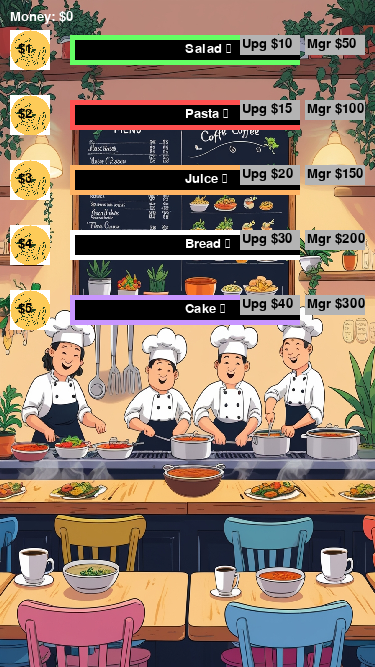
Repository: jontslater/idleclicker
Script's output: python main.py
These files come from the project's save history. The script's output is drawn as it stood at one moment and after the next save; the edit follows.
The window is shown after at most 60 frames with no key pressed. Random numbers start from a fixed seed. It also reads ChefCircle.png, Leonardo_Phoenix_10_A_cozy_cartoonstyle_restaurant_interior_wa_1.jpg.

Above is the script's output before, as saved 2025-04-21 13:06:49.

### main.py
import pygame

pygame.init()

# Screen setup (phone dimensions)
screen = pygame.display.set_mode([375, 667])
pygame.display.set_caption('Idle Restaurant')

# Load and scale background
background_img = pygame.image.load("c:/Users/lisaa/workspace/idleclicker/Leonardo_Phoenix_10_A_cozy_cartoonstyle_restaurant_interior_wa_1.jpg").convert()
background_img = pygame.transform.scale(background_img, (375, 667))
background = background_img

Icon_img = pygame.image.load("C:/Users/lisaa/workspace/idleclicker/ChefCircle.png")

# Colors
red = (255, 80, 80)
green = (100, 255, 100)
orange = (255, 180, 100)
white = (255, 255, 255)
black = (0, 0, 0)
purple = (200, 150, 255)
gray = (180, 180, 180)

# Font and clock
font = pygame.font.Font(None, 20)
framerate = 60
timer = pygame.time.Clock()

# Game values
score = 0

# Station data
stations = [
    {"name": "Salad 🥗", "color": green, "value": 1, "speed": 5, "length": 0, "draw": False, "auto": False, "upgrade_cost": 10, "manager_cost": 50, "manager_level": 0},
    {"name": "Pasta 🍝", "color": red, "value": 2, "speed": 4, "length": 0, "draw": False, "auto": False, "upgrade_cost": 15, "manager_cost": 100, "manager_level": 0},
    {"name": "Juice 🍊", "color": orange, "value": 3, "speed": 3, "length": 0, "draw": False, "auto": False, "upgrade_cost": 20, "manager_cost": 150, "manager_level": 0},
    {"name": "Bread 🍞", "color": white, "value": 4, "speed": 2, "length": 0, "draw": False, "auto": False, "upgrade_cost": 30, "manager_cost": 200, "manager_level": 0},
    {"name": "Cake 🍰", "color": purple, "value": 5, "speed": 1, "length": 0, "draw": False, "auto": False, "upgrade_cost": 40, "manager_cost": 300, "manager_level": 0},
]


def draw_station(station, y):
    global score

    if station["auto"]:
        station["draw"] = True

    # Progress logic
    if station["draw"] and station["length"] < 200:
        station["length"] += station["speed"]
    elif station["draw"] and station["length"] >= 200:
        station["draw"] = False
        station["length"] = 0
        score += station["value"]

    # Draw station icon using the image
    icon_scaled = pygame.transform.scale(Icon_img, (40, 40))
    icon_rect = pygame.Rect(10, y - 20, 40, 40)
    screen.blit(icon_scaled, icon_rect.topleft)

    # Progress bar background
    pygame.draw.rect(screen, station["color"], [70, y - 15, 230, 30])
    pygame.draw.rect(screen, black, [75, y - 10, 225, 20])
    pygame.draw.rect(screen, station["color"], [70, y - 15, station["length"], 30])

    # Text
    label = font.render(station["name"], True, white)
    screen.blit(label, (70 + (230 - station["length"]) // 2, y - 8))

    value_text = font.render(f"${station['value']}", True, black)
    screen.blit(value_text, (18, y - 8))

    # Buttons
    upg_btn = pygame.Rect(240, y - 15, 60, 20)
    mgr_btn = pygame.Rect(305, y - 15, 60, 20)

    pygame.draw.rect(screen, gray, upg_btn)
    pygame.draw.rect(screen, gray, mgr_btn)

    upg_label = font.render(f"Upg ${station['upgrade_cost']}", True, black)
    mgr_label = font.render(f"Mgr ${station['manager_cost']}", True, black)
    screen.blit(upg_label, (upg_btn.x + 2, upg_btn.y + 2))
    screen.blit(mgr_label, (mgr_btn.x + 2, mgr_btn.y + 2))

    return icon_rect, upg_btn, mgr_btn


running = True
while running:
    timer.tick(framerate)
    screen.blit(background, (0, 0))

    # Draw stations and cache button rects
    station_rects = []
    for i, station in enumerate(stations):
        task_y = 50 + i * 65
        rects = draw_station(station, task_y)
        station_rects.append(rects)

    # Score display
    money_text = font.render(f"Money: ${round(score, 2)}", True, white)
    screen.blit(money_text, (10, 10))

    pygame.display.update()

    # Event handling
    for event in pygame.event.get():
        if event.type == pygame.QUIT:
            running = False

        if event.type == pygame.MOUSEBUTTONDOWN:
            for i, station in enumerate(stations):
                task_rect, upg_rect, mgr_rect = station_rects[i]

                if task_rect.collidepoint(event.pos) and not station["auto"]:
                    station["draw"] = True

                if upg_rect.collidepoint(event.pos) and score >= station["upgrade_cost"]:
                    score -= station["upgrade_cost"]
                    station["speed"] += 1
                    station["upgrade_cost"] += 10

                if mgr_rect.collidepoint(event.pos) and score >= station["manager_cost"]:
                    score -= station["manager_cost"]
                    station["auto"] = True
                    station["manager_level"] += 1
                    station["manager_cost"] = int(station["manager_cost"] * 1.5)

pygame.quit()

After the next save:
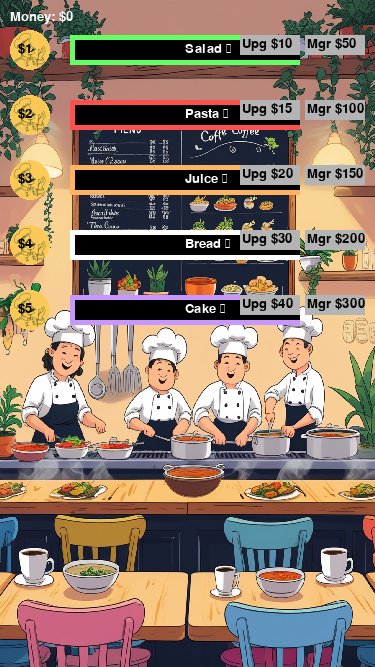
Saved 5 min 55 s later.
--- a/main.py
+++ b/main.py
@@ -11,7 +11,8 @@ background_img = pygame.image.load("c:/Users/lisaa/workspace/idleclicker/Leonard
 background_img = pygame.transform.scale(background_img, (375, 667))
 background = background_img
 
-Icon_img = pygame.image.load("C:/Users/lisaa/workspace/idleclicker/ChefCircle.png")
+# Load chef icon image
+Icon_img = pygame.image.load("C:/Users/lisaa/workspace/idleclicker/ChefCircle.png").convert_alpha()
 
 # Colors
 red = (255, 80, 80)
@@ -39,6 +40,21 @@ stations = [
     {"name": "Cake 🍰", "color": purple, "value": 5, "speed": 1, "length": 0, "draw": False, "auto": False, "upgrade_cost": 40, "manager_cost": 300, "manager_level": 0},
 ]
 
+def draw_circular_icon(image, position, size):
+    # Resize the image
+    icon_scaled = pygame.transform.smoothscale(image, (size, size)).convert_alpha()
+
+    # Create a surface for the mask
+    mask_surface = pygame.Surface((size, size), pygame.SRCALPHA)
+    pygame.draw.circle(mask_surface, (255, 255, 255, 255), (size // 2, size // 2), size // 2)
+
+    # Apply mask using BLEND_RGBA_MIN
+    icon_scaled.blit(mask_surface, (0, 0), special_flags=pygame.BLEND_RGBA_MIN)
+
+    # Blit the icon to the screen
+    screen.blit(icon_scaled, position)
+
+    return pygame.Rect(position[0], position[1], size, size)
 
 def draw_station(station, y):
     global score
@@ -54,10 +70,8 @@ def draw_station(station, y):
         station["length"] = 0
         score += station["value"]
 
-    # Draw station icon using the image
-    icon_scaled = pygame.transform.scale(Icon_img, (40, 40))
-    icon_rect = pygame.Rect(10, y - 20, 40, 40)
-    screen.blit(icon_scaled, icon_rect.topleft)
+    # Draw circular icon
+    icon_rect = draw_circular_icon(Icon_img, (10, y - 20), 40)
 
     # Progress bar background
     pygame.draw.rect(screen, station["color"], [70, y - 15, 230, 30])
@@ -85,13 +99,12 @@ def draw_station(station, y):
 
     return icon_rect, upg_btn, mgr_btn
 
-
+# Game loop
 running = True
 while running:
     timer.tick(framerate)
     screen.blit(background, (0, 0))
 
-    # Draw stations and cache button rects
     station_rects = []
     for i, station in enumerate(stations):
         task_y = 50 + i * 65
